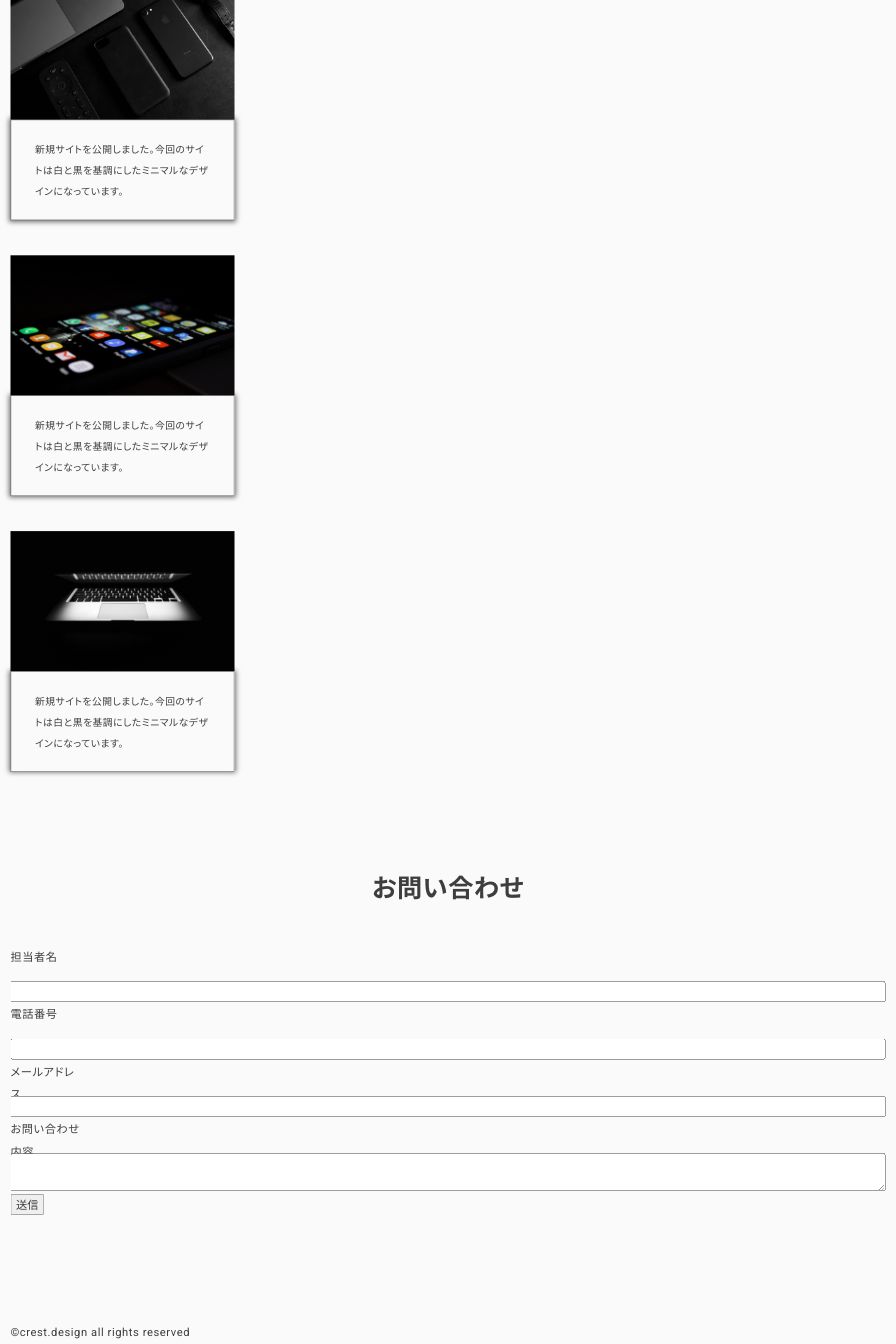
Repository: hatarakimono-kumasan/kurisuta_1st
Page: index.html
The author's editor kept a copy of each file at every save. The page is drawn from the files as they stood at one save, then again after the next save.
The browser window is 1280 px wide. The pictures show the part of the page from y = 3844 to 5764 px (the page is 5764 px tall), at 70% of full size.
Some web libraries are served in a nearby version. The style sheet was rebuilt from its Sass, Less or Tailwind sources for each picture, by a compiler version that may differ from the author's.

Above is the page before, as saved 2020-05-15 11:52:46.

After the next save:
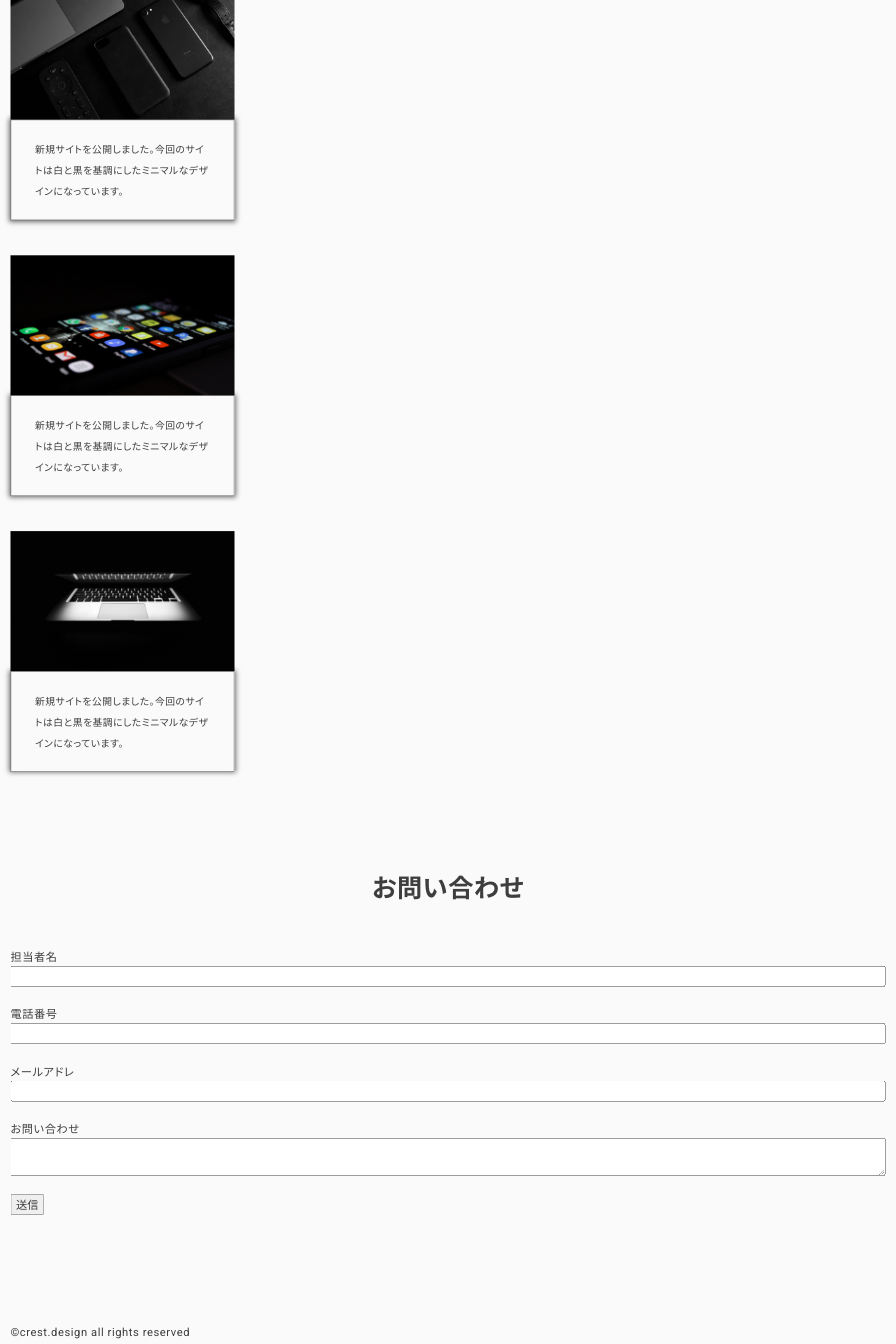
Saved 35 s later.
--- a/scss/layout/_main.scss
+++ b/scss/layout/_main.scss
@@ -92,6 +92,8 @@ contact
 			.label {
 				width: 100px;
 				height: 30px;
+			}
+			.inputs {
 				margin-bottom: 22px;
 			}
 		}
